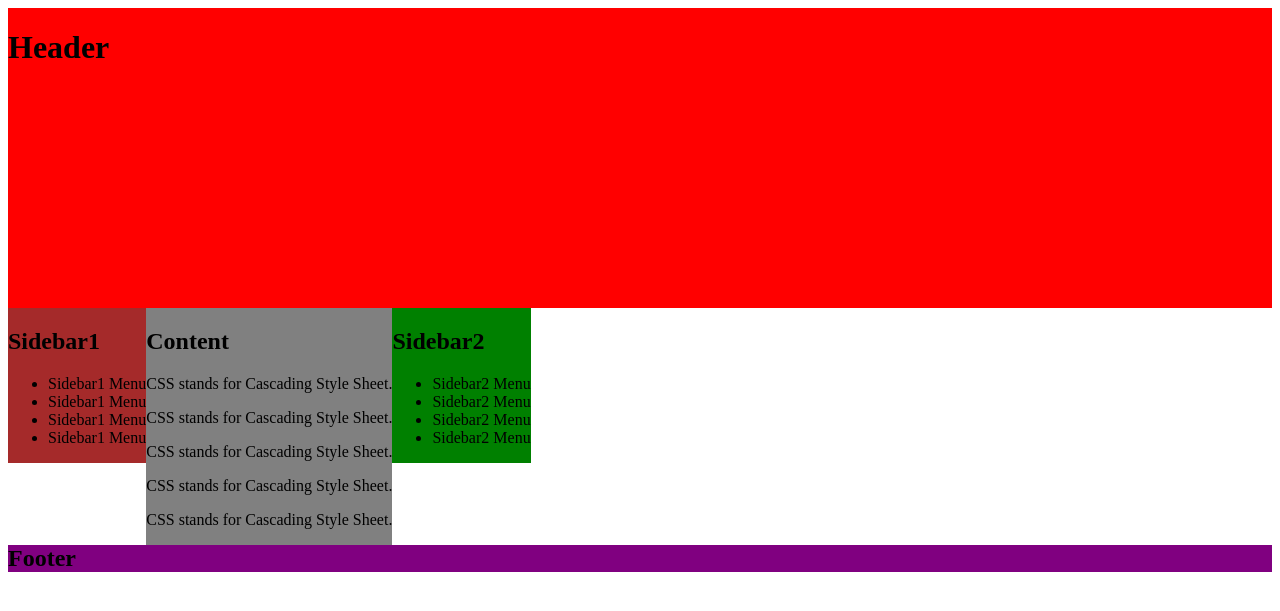
Repository: insunkang/JSP
Page: clientweb/WebContent/css/layout_exam3.html
The author's editor kept a copy of each file at every save. The page is drawn from the files as they stood at one save, then again after the next save.
The browser window is 1280 px wide. The pictures show the whole page.

Above is the page before, as saved 2020-01-06 03:05:05.

### clientweb/WebContent/css/layout_exam3.html
<!DOCTYPE html>
<html>
<head>
<head>
	<meta http-equiv="Content-Type" content="text/html; charset=EUC-KR" />
	<title>Insert title here</title>
	<style>
		#header{
			float:left;
			width: 100%;
			height: 300px;
			background-color: red;
		}
		#sb1{
			float:left;
			background-color: #a52a2a;
		}
		#con{
			float: left;
			background-color: #808080;
		}
		#sb2{
			float: left;
			background-color: #008000;
		}
		#footer{
			clear: both;
			background-color: #800080;
		}

	</style>
</head>
<body>
		<div id="header">
			<h1>Header</h1>
		</div>

		<div id="sb1">
			<h2>Sidebar1</h2>
			<ul>
				<li>Sidebar1 Menu</li>
				<li>Sidebar1 Menu</li>
				<li>Sidebar1 Menu</li>
				<li>Sidebar1 Menu</li>
			</ul>
		</div>

		<div id="con">
			<h2>Content</h2>
			<p>CSS stands for Cascading Style Sheet.</p>
			<p>CSS stands for Cascading Style Sheet.</p>
			<p>CSS stands for Cascading Style Sheet.</p>
			<p>CSS stands for Cascading Style Sheet.</p>
			<p>CSS stands for Cascading Style Sheet.</p>
		</div>

		<div id="sb2">
			<h2>Sidebar2</h2>
			<ul>
				<li>Sidebar2 Menu</li>
				<li>Sidebar2 Menu</li>
				<li>Sidebar2 Menu</li>
				<li>Sidebar2 Menu</li>
			</ul>
		</div>

		<div id="footer">
			<h2>Footer</h2>
		</div>

</body>
</html>

After the next save:
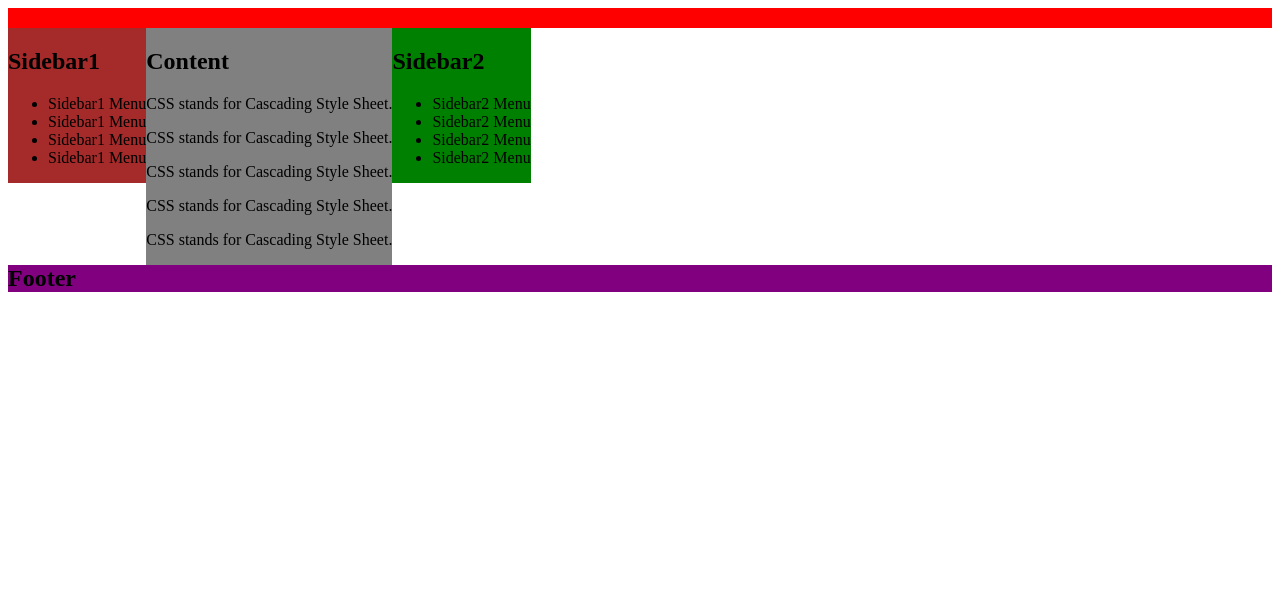
Saved 8 s later.
--- a/clientweb/WebContent/css/layout_exam3.html
+++ b/clientweb/WebContent/css/layout_exam3.html
@@ -8,7 +8,7 @@
 		#header{
 			float:left;
 			width: 100%;
-			height: 300px;
+			height: 20px;
 			background-color: red;
 		}
 		#sb1{
